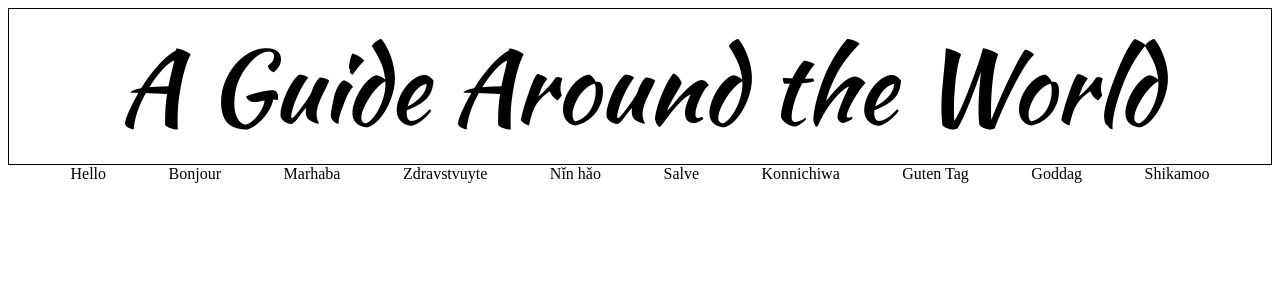
Repository: alharama/StaticWebsite
Page: index.html
An editor plug-in stored every save of this project. The page is shown before and after the next save, followed by the edit.
The browser window is 1280 px wide. The pictures show the whole page.

Above is the page before, as saved 2021-09-20 19:57:33.

After the next save:
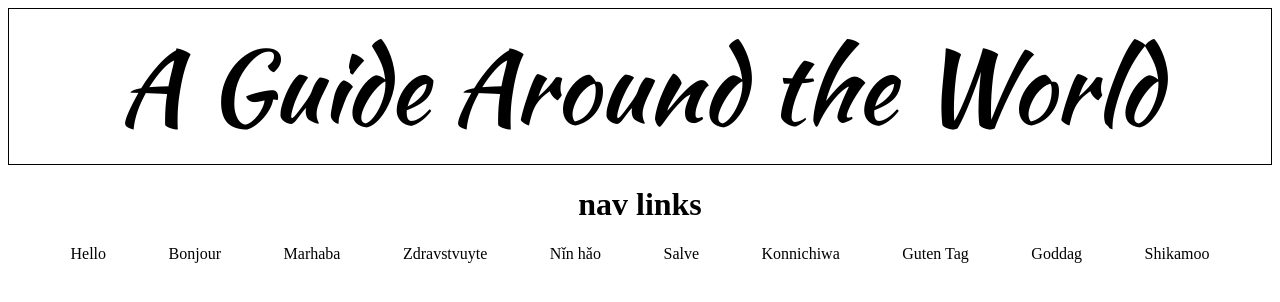
Saved 20 s later.
--- a/index.html
+++ b/index.html
@@ -45,6 +45,10 @@
         A Guide Around the World
     </header>
 
+    <h1>
+        nav links
+    </h1>
+
     <body>
 
         <div id="languages">
